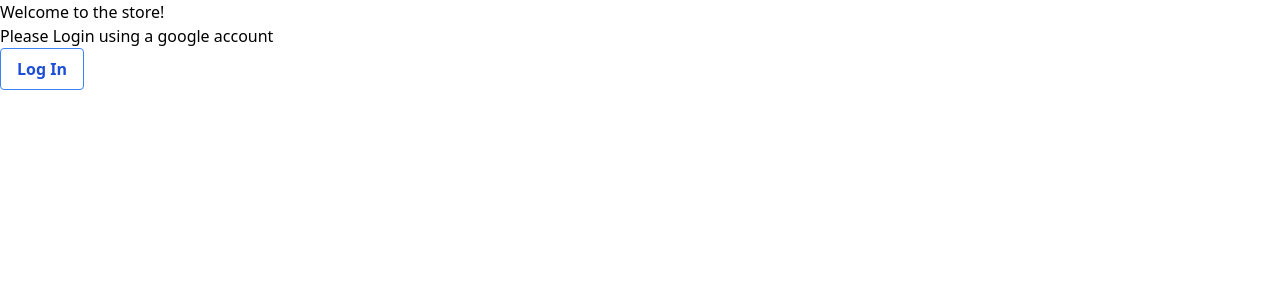
Repository: Siravian-index/rehab-store
Page: /store
These files come from the project's save history. The page is drawn as it stood at one moment and after the next save; the edit follows.
The browser window is 1280 px wide. The pictures show the whole page.
The project was rebuilt for these pictures with package versions that can differ from the ones it lists, and the page was loaded fresh each time. Also part of the build but not shown: craco.config.js, src/components/Footer.jsx, src/components/LogoutButton.jsx, src/components/Navbar.jsx.

Above is the page before, as saved 2021-11-01 08:43:00.

### src/index.js
import React from 'react';
import ReactDOM from 'react-dom';
import App from './App';
import './index.css';
import { Auth0Provider } from '@auth0/auth0-react';

ReactDOM.render(
  <Auth0Provider
    domain='dev-2rv8c3jm.us.auth0.com'
    clientId='SVkXn8UGq2ma8B16C4MihKOtDp8EGrJX'
    redirectUri={window.location.origin}
  >
    <App />
  </Auth0Provider>,
  document.getElementById('root')
);

### src/App.js
import { useAuth0 } from '@auth0/auth0-react';

import Footer from './components/Footer';
import Navbar from './components/Navbar';
import WelcomePage from './components/WelcomePage';

const App = () => {
  const { isAuthenticated, isLoading } = useAuth0();

  if (isLoading) {
    return <div>Loading ...</div>;
  }

  return isAuthenticated ? (
    <div>
      <Navbar />
      {/* action boxes */}
      <Footer />
    </div>
  ) : (
    <WelcomePage />
  );
};

export default App;

### src/components/WelcomePage.jsx
import LoginButton from './LoginButton';

const WelcomePage = () => {
  return (
    <div>
      <h3>Welcome to the store!</h3>
      <p>Please Login using a google account </p>
      <LoginButton />
    </div>
  );
};

export default WelcomePage;

### src/components/LoginButton.jsx
import React from 'react';
import { useAuth0 } from '@auth0/auth0-react';

const LoginButton = () => {
  const { loginWithRedirect } = useAuth0();

  return (
    <button
      className='bg-transparent hover:bg-blue-500 text-blue-700 font-semibold hover:text-white py-2 px-4 border border-blue-500 hover:border-transparent rounded'
      onClick={() => loginWithRedirect()}
    >
      Log In
    </button>
  );
};

export default LoginButton;

Loaded but not shown: public/index.html (common file); src/index.css (common file); tailwind.config.js (common file)

After the next save:
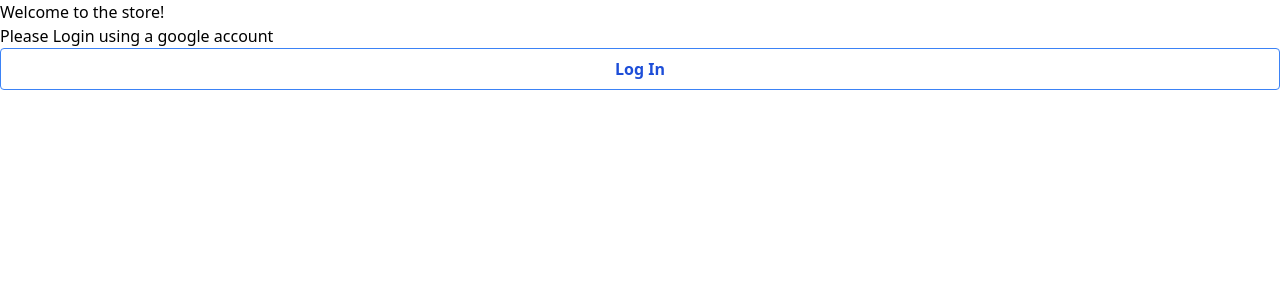
Saved 20 s later.
--- a/src/components/WelcomePage.jsx
+++ b/src/components/WelcomePage.jsx
@@ -2,7 +2,7 @@ import LoginButton from './LoginButton';
 
 const WelcomePage = () => {
   return (
-    <div>
+    <div className='flex flex-col'>
       <h3>Welcome to the store!</h3>
       <p>Please Login using a google account </p>
       <LoginButton />
